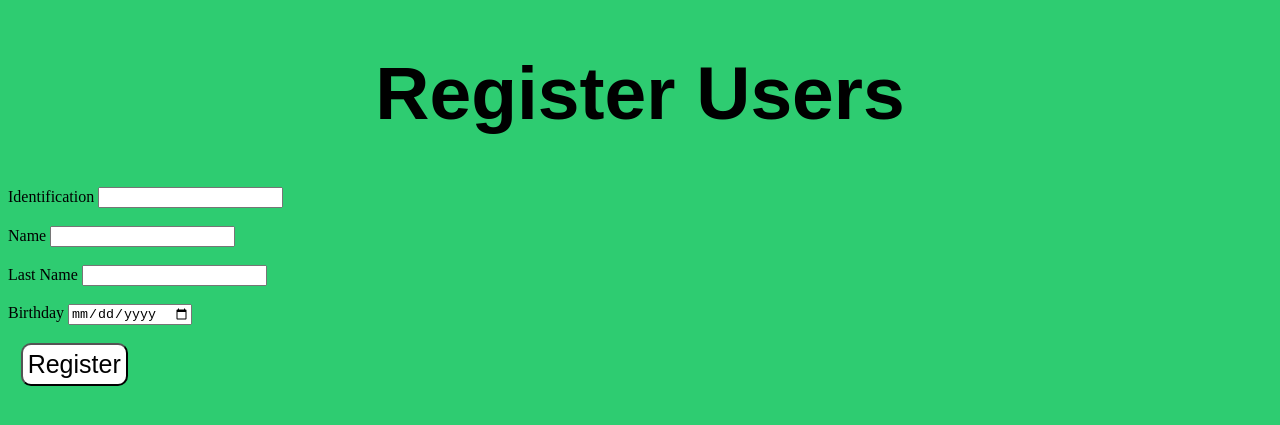
Repository: Grupo7cloud/app-cym-7
Page: http://localhost/register_page
The author's editor kept a record of every edit. The page is drawn from the files as they stood at one moment, then again after the next edit.
The browser window is 1280 px wide. The pictures show the whole page.
The page is served by the project's application, run on Flask 3 (server.py).

Above is the page before.

### templates/register.html
<!DOCTYPE html>
<html>
    <head>
        <meta http-equiv="content-type" content="text/html; charset=utf-8" />
        <title>Web Pague</title>
        <link rel="stylesheet" href="../static/css/styleRegister.css" type="text/css" />
        <script src="../static/js/appRegister.js" type="text/javascript" charset="utf-8"></script>
    </head>
    <body>
        <h1>Register Users</h1>
        <form action="/register_user" method="post">
            <label>Identification</label> <input type="number" name="id"/> <br> <br>
            <label>Name</label> <input type="text" name="name" /> <br> <br>
            <label>Last Name</label> <input type="text" name="lastname" /> <br> <br>
            <label>Birthday</label> <input type="date" name="birthday" /> <br> <br>
            <button>Register</button>
        </form>
    </body>
</html>

### server.py
from flask import Flask, render_template

app = Flask(__name__)

@app.route("/")
def home_page():
    return render_template("home.html")

@app.route ("/register_page")
def register_page():
    return render_template("register.html")

@app.route("/register_user", methods=["post"])
def register_user():
    id = request.form["id"]
    Name = request.form["Name"]
    Last_Name = request.form["Last_Name"]
    Birthday = request.form["Birthday"]
    print(id, Name, LastName, Birthday)
    return "Ok"

if __name__ == "__main__":
    host = '0.0.0.0'
    port = '8080'
    app.run(host, port)

### static/css/styleRegister.css
h1   {
    text-align: center;
    font-size: 75px;
    font-family: sans-serif;
}
from {
    text-align: center;
}
div {
    text-align: center;
}
button {
    text-align: center;
    font-size: 25px;
    background-color: white;
    color:  black;
    border-radius: 10px;
    padding: 5px;
    margin-left: 1%;
    margin-right: 1%;
}
body{
    background-color: #2ECC71;
}

### static/js/appRegister.js
function registerUser(){
   alert("Boton de registar usuario clickeado")
}

After the next edit:
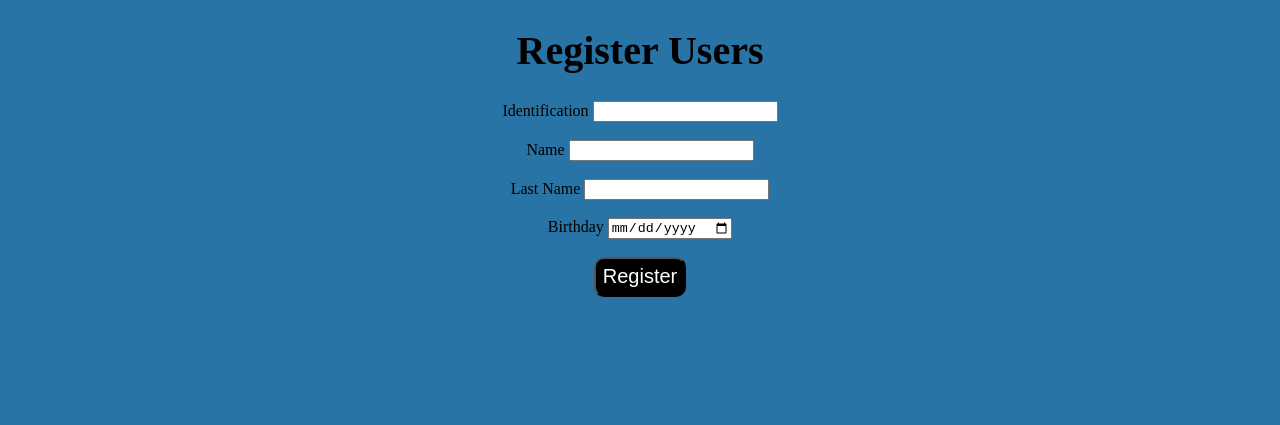
The edit:
--- a/static/css/styleRegister.css
+++ b/static/css/styleRegister.css
@@ -1,24 +1,19 @@
-h1   {
+h1 {
     text-align: center;
-    font-size: 75px;
-    font-family: sans-serif;
+    font-size: 40px;
 }
-from {
+ body {
+    background: #2874A6;
+}
+button {
+    font-size: 20px;
+    background-color: black;
+    color: white;
+    border-radius: 10px;
+    padding: 0.5%;
+    margin-left: 0.3%;
+    margin-right: 0.3%;
+}
+form{
     text-align: center;
 }
-div {
-    text-align: center;
-}
-button {
-    text-align: center;
-    font-size: 25px;
-    background-color: white;
-    color:  black;
-    border-radius: 10px;
-    padding: 5px;
-    margin-left: 1%;
-    margin-right: 1%;
-}
-body{
-    background-color: #2ECC71;
-}
